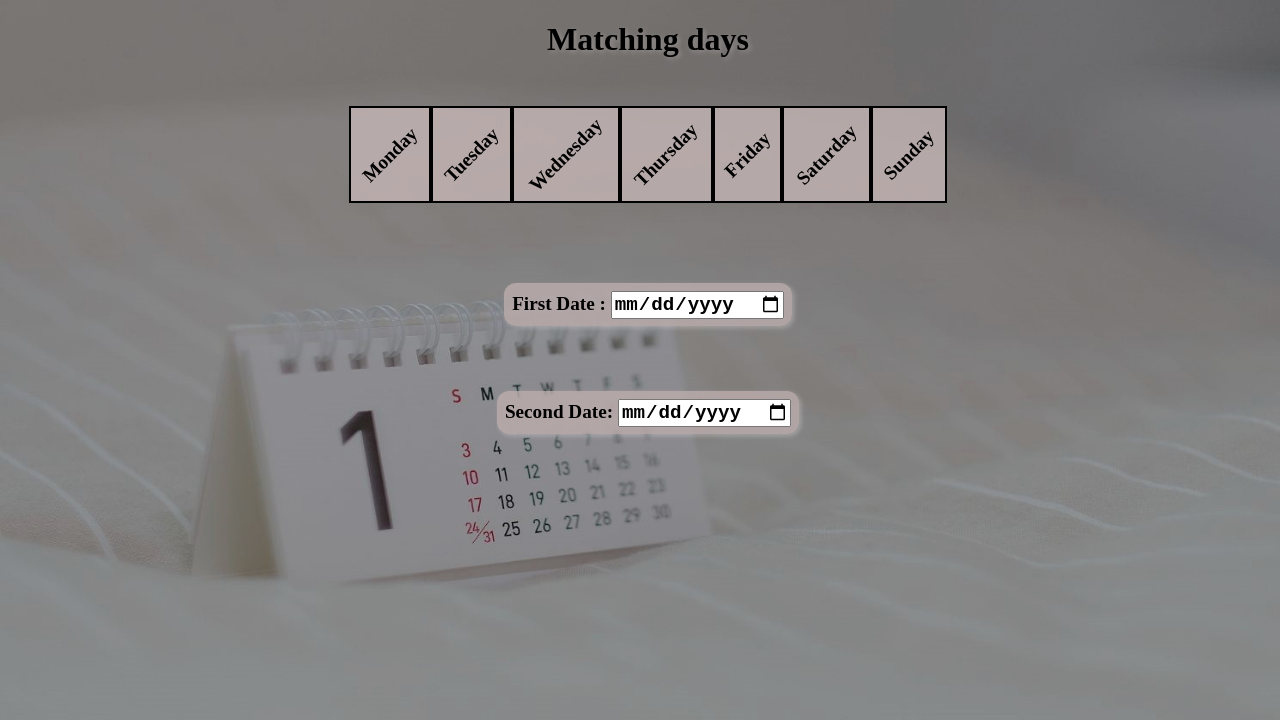
Repository: lasity34/matching-days
Page: index.html
An editor plug-in stored every save of this project. The page is shown before and after the next save, followed by the edit.
The browser window is 1280 px wide. The page is 1288 px wide, so the pictures cover 1288 px, including what lies to the right of the window. The pictures show the whole page.
Some web fonts or font styles are not loaded; a fallback is used. Some web libraries are served in a nearby version.

Above is the page before, as saved 2023-05-10 12:38:28.

### index.html
<!DOCTYPE html>
<html lang="en">
<head>
    <meta charset="UTF-8">
    <meta http-equiv="X-UA-Compatible" content="IE=edge">
    <meta name="viewport" content="width=device-width, initial-scale=1.0">
    <title>Matching days</title>
    <link rel="preconnect" href="https://fonts.googleapis.com">
<link rel="preconnect" href="https://fonts.gstatic.com" crossorigin>
<link href="https://fonts.googleapis.com/css2?family=Battambang:wght@300;400;700&display=swap" rel="stylesheet">
    <link rel="stylesheet" href="style.css" >
    <script src="https://cdnjs.cloudflare.com/ajax/libs/handlebars.js/4.0.11/handlebars.min.js"></script>
    <script type="text/x-template" id="days_template">
        {{#each different_days}}
        <div class="day_box"><p class="day_text">{{day}}</p></div>
        {{/each}}
    </script>
</head>
<body>

    <h1>Matching days</h1>
    <section class="days_container">

    </section>
    <section class="date_input_container">
        <div class="input_box">

            <label for="first_date">First Date :</label>
            <input type="date" id="first_date" name="first_date" />
        </div>
        <div class="input_box">

            <label for="second_date">Second Date:</label>
            <input type="date" id="second_date" name="second_date"/>
        </div>
    </section>


        <!-- matching-days function -->
        <script src="/matching-days.js" charset="utf-8"></script>
        <!-- followed by the tests -->
        <script src="./matching-days-factory.js" charset="utf-8"></script>

</body>
</html>

### style.css

html {
    font-family: 'Battambang', cursive;
    background: url("./Images/background.jpg") no-repeat  center / 100% 100% fixed ;
    font-weight: 700;
    font-size: 16px;
}

body {
    width: 100%;
}

h1 {
    text-align: center;
    text-shadow: 2px 2px 5px rgba(227, 223, 223, 0.3);
}
/* days display */
.days_container {
    display: flex;
    justify-content: center;
    margin: 3em auto;
    width: 100%;
}

.day_box {
    border: 2px solid black;
    padding: 1em 0.3em;
    background-color: rgba(197, 182, 182, 0.8);
}

.day_text {
    transform: rotate(-45deg);
    font-size: 1.2rem;
}

/* dates input */


.date_input_container {
    display: flex;
    flex-direction: column;
    align-items: center;
    justify-content: space-around;
    height: 30vh;
    font-size: 1.2rem;
}

input {
    font-size: 1.2rem;
    font-weight: 700;
}

.input_box {
    background-color: rgba(188, 173, 173, 0.8);
    box-shadow: 2px 2px 5px rgba(245, 243, 243, 0.3);
    border-radius: 12px;
    padding: 0.4em;
}

### matching-days.js



document.addEventListener("DOMContentLoaded", function() {

    const template_source = document.querySelector("#days_template").innerHTML
    const days_template = Handlebars.compile(template_source)
    const days_data_display = document.querySelector(".days_container")

    const daysData = {
        different_days: [
            { day: "Monday"},
            { day: "Tuesday"},
            { day: "Wednesday"},
            { day: "Thursday"},
            { day: "Friday"},
            { day: "Saturday"},
            { day: "Sunday"}
        ]
    }

    const daysDataHTML = days_template(daysData)

    days_data_display.innerHTML = daysDataHTML

})

Loaded but not shown: matching-days-factory.js (no stored copy; drawn as an empty file)

After the next save:
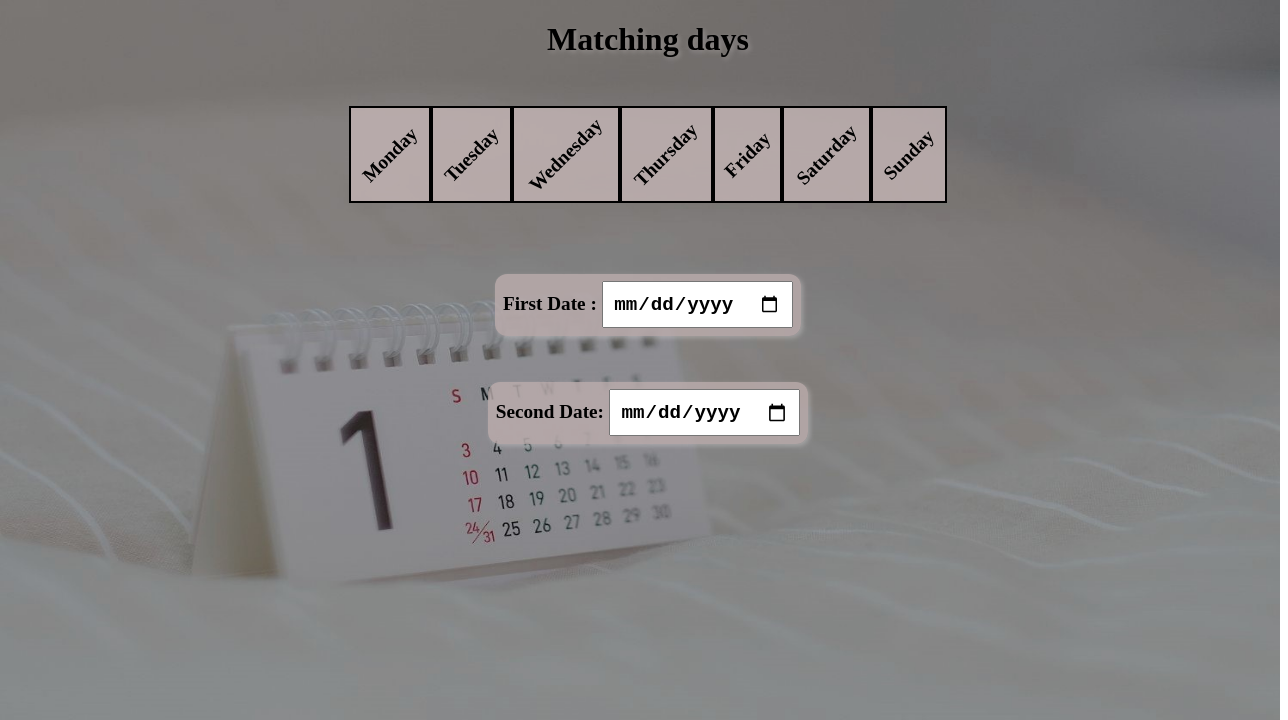
Saved 27 s later.
--- a/style.css
+++ b/style.css
@@ -48,6 +48,7 @@ h1 {
 input {
     font-size: 1.2rem;
     font-weight: 700;
+    padding: 0.5em;
 }
 
 .input_box {
